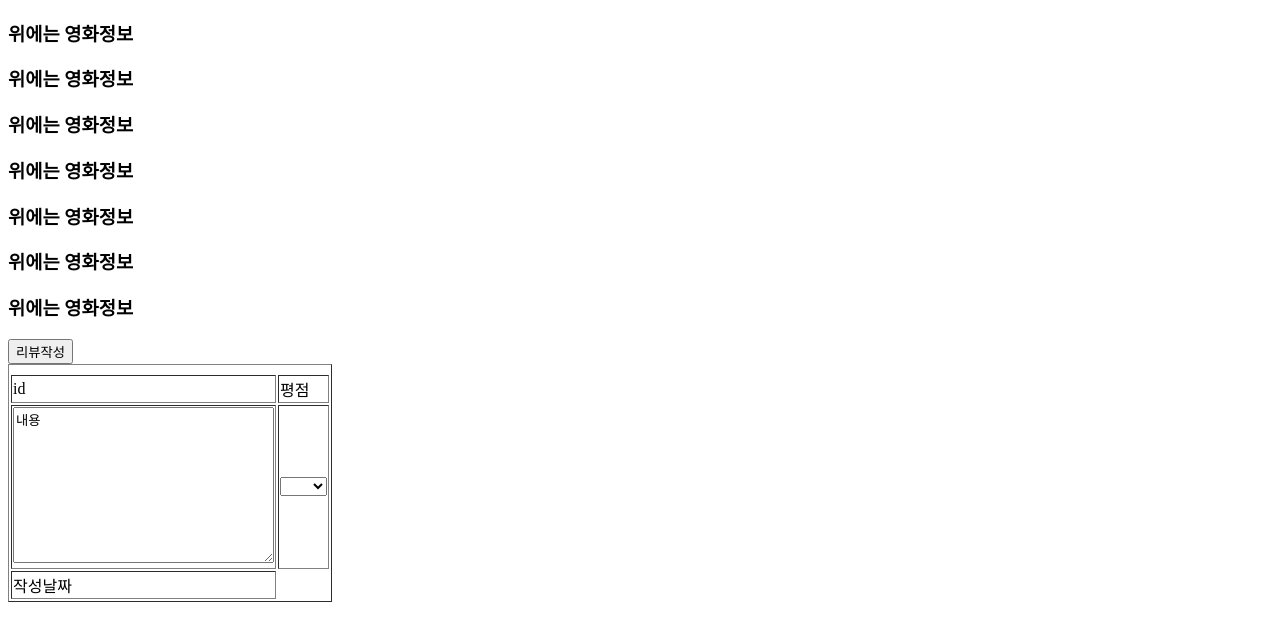
Repository: homerking-092/project
Page: http://localhost/MovieProject/review/review_list.jsp
An editor plug-in stored every save of this project. The page is shown before and after the next save, followed by the edit.
The browser window is 1280 px wide. The pictures show the whole page.
The page is served by Tomcat 9.

Above is the page before, as saved 2021-08-15 09:41:20.

After the next save:
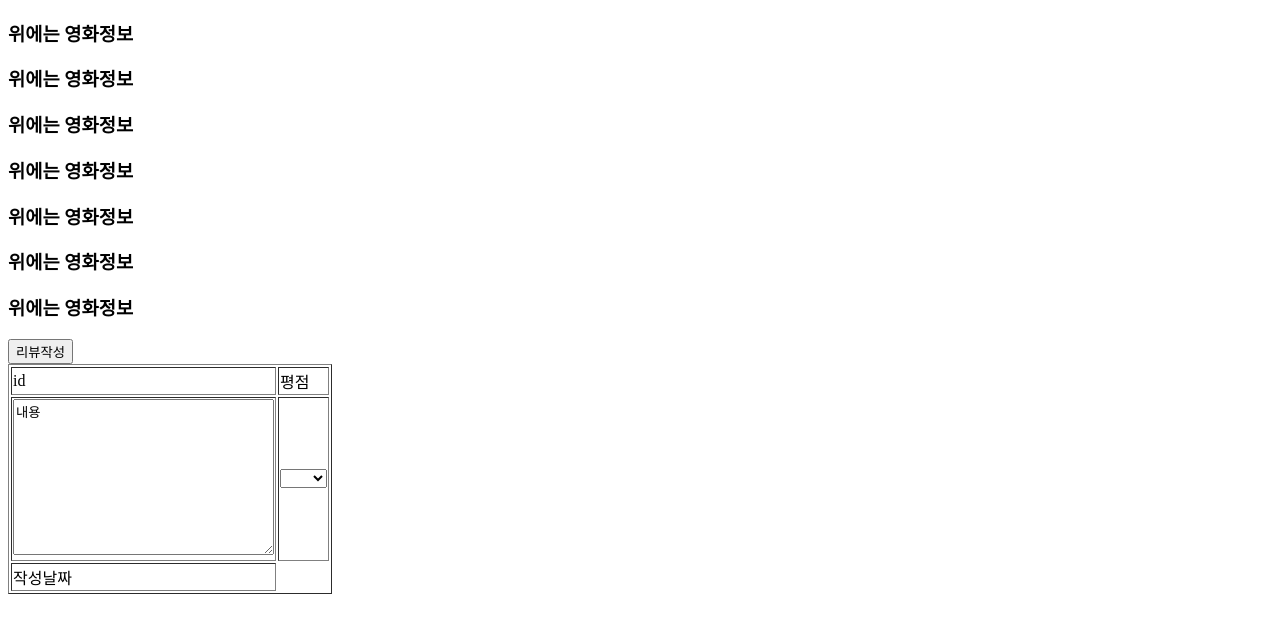
Saved 56 s later.
--- a/MovieProject/WebContent/review/review_list.jsp
+++ b/MovieProject/WebContent/review/review_list.jsp
@@ -20,16 +20,9 @@
 
 	<a href="/MovieProject/review/review_write_form.jsp"><input type="button" value="리뷰작성"> </a>
 	<table border="1">
-		<tr></tr>
-		<tr></tr>
-		<tr></tr>
-		<tr></tr>
-
 		<tr>
-
 			<td>id</td>
 			<td>평점</td>
-
 		</tr>
 		<tr>
 			<td><textarea rows="10" cols="30">내용</textarea></td>
@@ -42,7 +35,6 @@
 		</tr>
 		<tr>
 			<td>작성날짜</td>
-
 		</tr>
 
 	</table>
